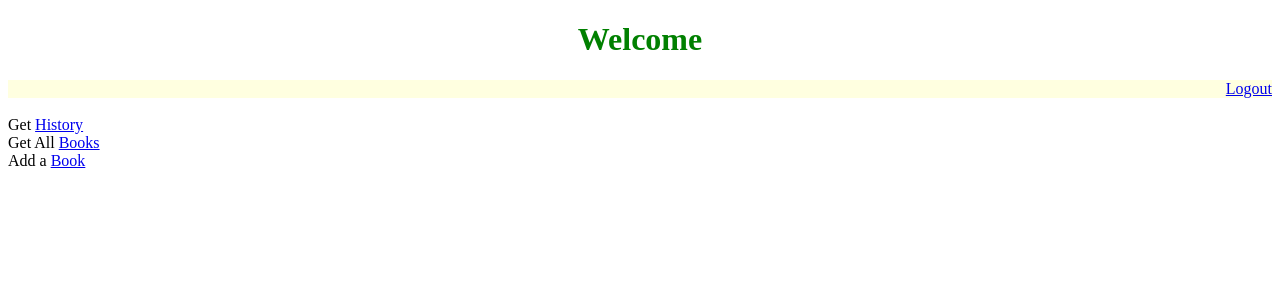
Repository: prashantvadlamani/Library-Management-System
Page: http://localhost/project/librarian.jsp
An editor plug-in stored every save of this project. The page is shown before and after the next save, followed by the edit.
The browser window is 1280 px wide. The pictures show the whole page.
The page is served by Tomcat 9.

Above is the page before, as saved 2018-08-23 05:43:11.

After the next save:
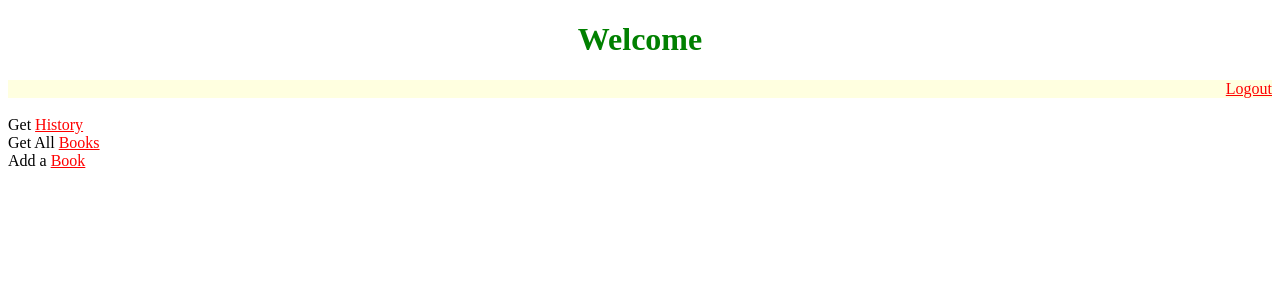
Saved 109 s later.
--- a/project/WebContent/librarian.jsp
+++ b/project/WebContent/librarian.jsp
@@ -11,6 +11,10 @@
 	h1{
 		text-align:center;
 		color: green;
+	}
+
+	a{
+		color: red;
 	}
 </style>
 </head>
